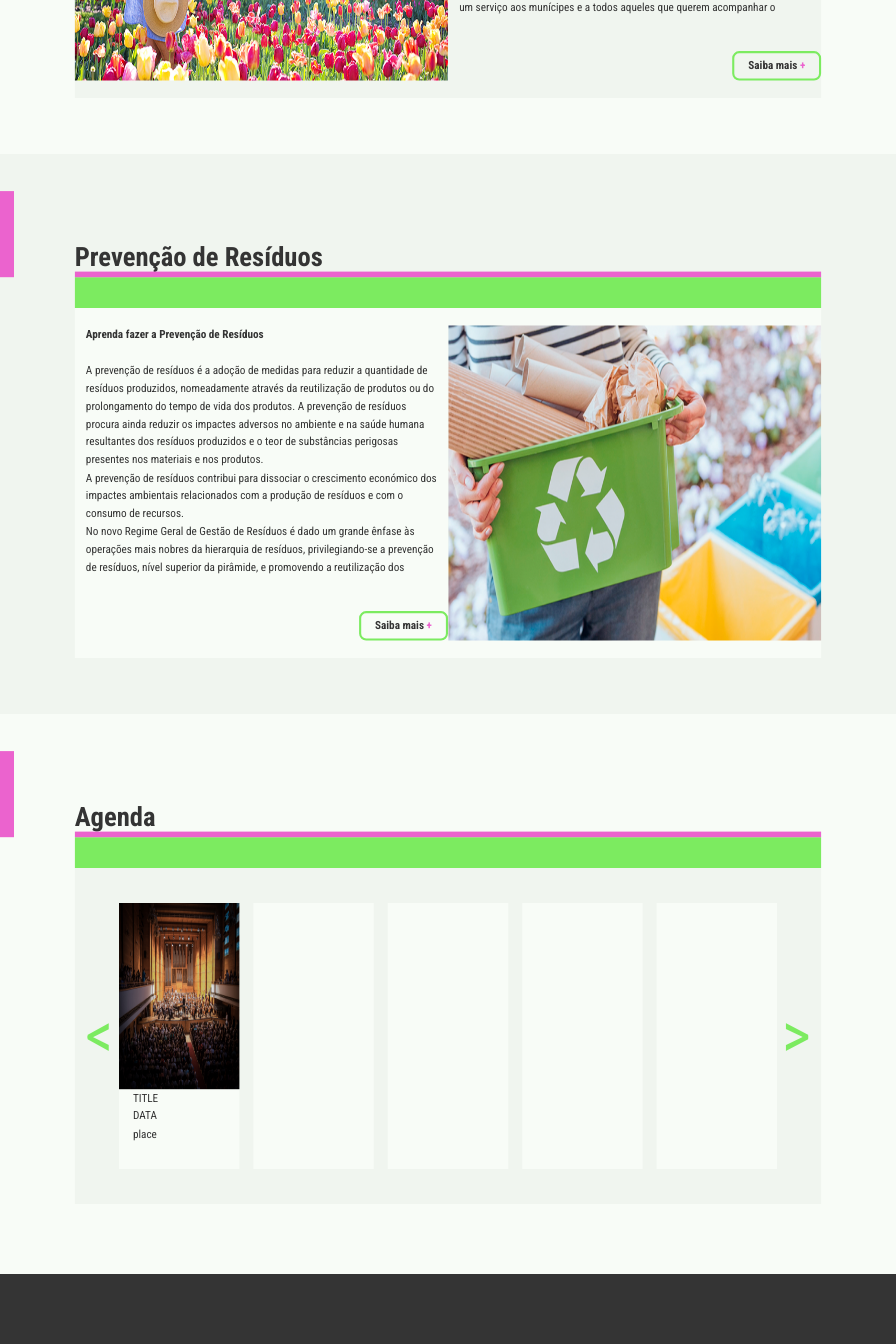
Repository: Goulart94/CmVilaFeliz
Page: index.html
An editor plug-in stored every save of this project. The page is shown before and after the next save, followed by the edit.
The browser window is 1280 px wide. The pictures show the part of the page from y = 3640 to 5560 px (the page is 5560 px tall), at 70% of full size.
The style sheet was rebuilt from its Sass, Less or Tailwind sources for each picture, by a compiler version that may differ from the author's.

Above is the page before, as saved 2022-05-16 14:47:44.

After the next save:
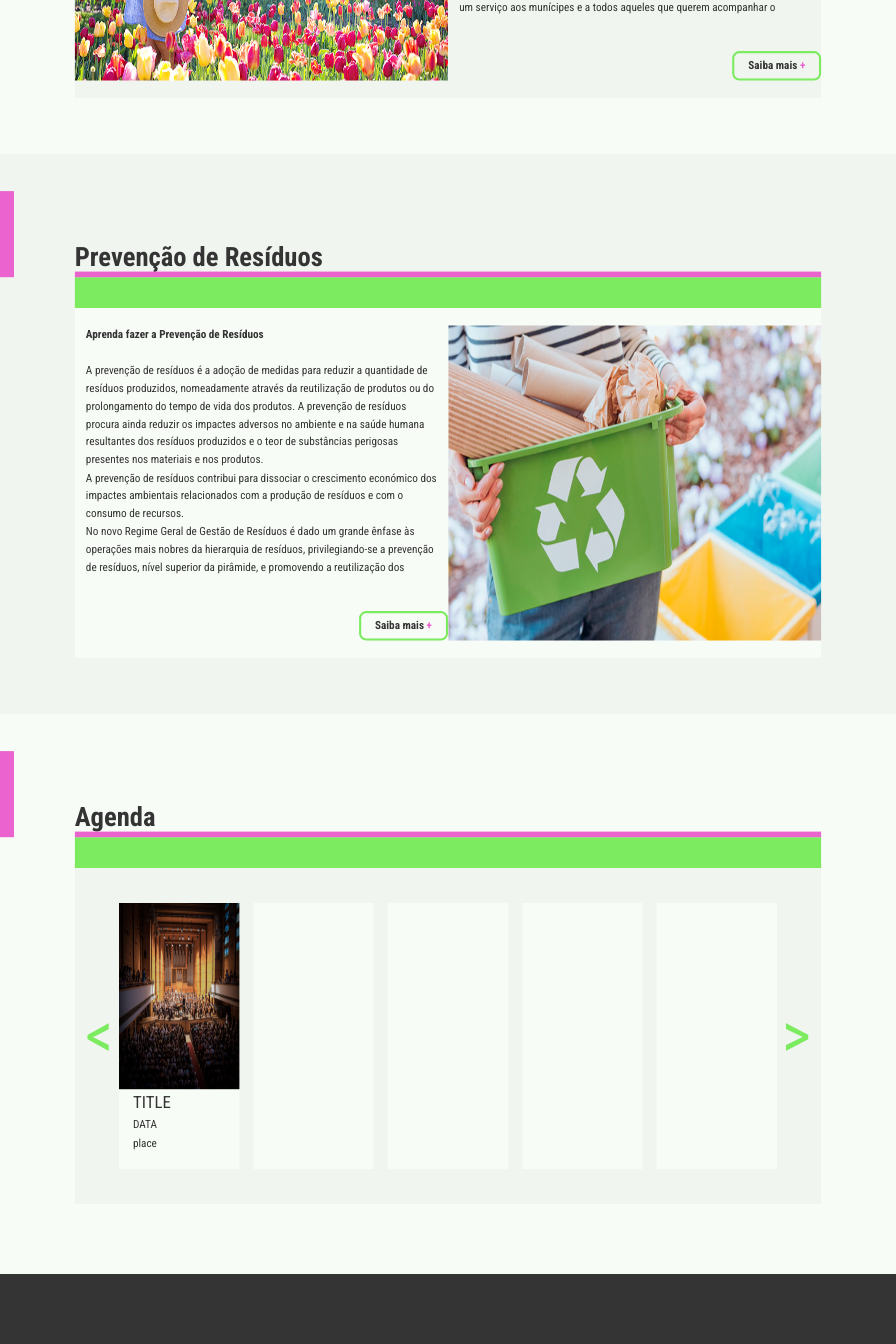
Saved 24 s later.
--- a/index.html
+++ b/index.html
@@ -375,7 +375,7 @@
                    <img src="./images/teste1.jpg" alt=" news">
                    <div>
                      <ul class="infoNews">
-                       <li>TITLE</li>
+                       <li class="title">TITLE</li>
                        <li>DATA</li>
                        <li>place</li>
                      </ul>
